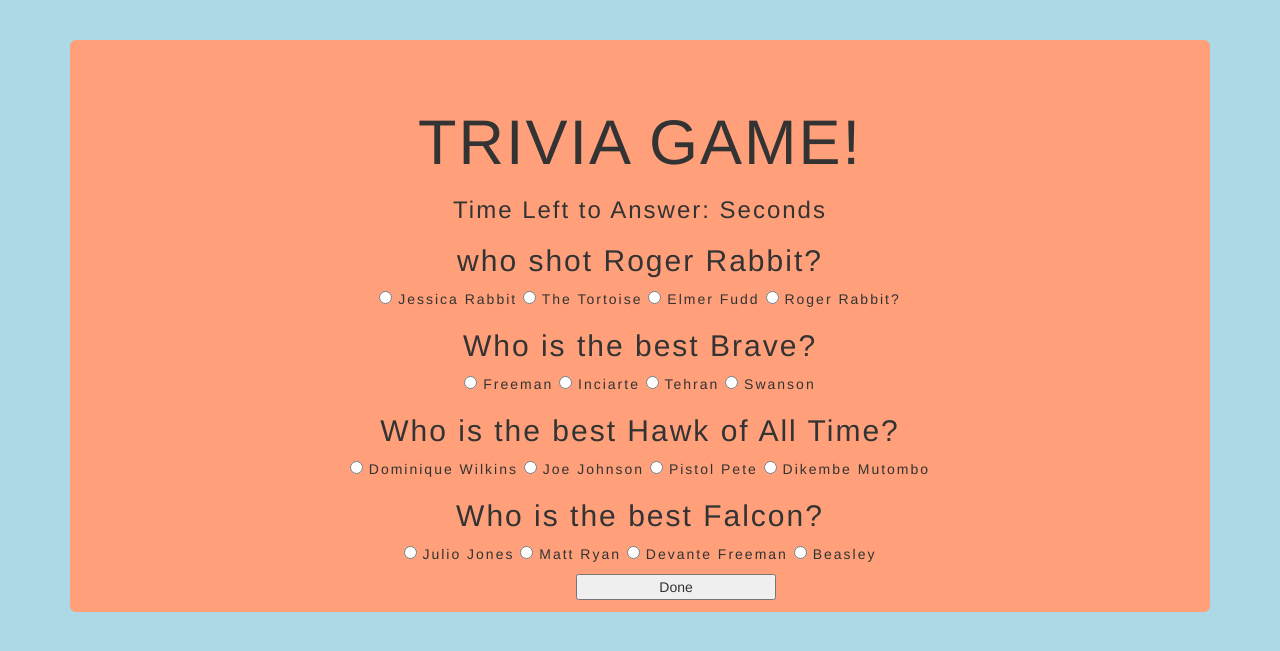
Repository: phiniezyc/TriviaGame
Page: index.html
An editor plug-in stored every save of this project. The page is shown before and after the next save, followed by the edit.
The browser window is 1280 px wide. The pictures show the whole page.
After loading, the first visible `#startGameButton` was clicked once.
Some web libraries are served in a nearby version.

Above is the page before, as saved 2017-09-14 01:50:14.
Console error: TypeError: "#timeLeft".html is not a function

### index.html
<!DOCTYPE html>
<html lang="">
<head>
    <meta charset="utf-8">
    <meta name="viewport" content="width=device-width, initial-scale=1.0">
    <title>Quiz Game</title>
    <link rel="stylesheet" href="https://maxcdn.bootstrapcdn.com/bootstrap/3.3.7/css/bootstrap.min.css">
    <link rel="stylesheet" href="assets/css/style.css">
</head>

<body>

<div class="container">
<div class="row">

</div>
</div>
<div class="container">
    <div class="jumbotron">
        <div>
            <h1 id="gameHeading">TRIVIA GAME!</h1>
        </div>
        <div id="questionSection">
            <button id="startGameButton">Start Game</button>
        </div>
    </div>
</div>



<script src="https://ajax.googleapis.com/ajax/libs/jquery/3.2.1/jquery.min.js"></script>
<script src="assets/javascript/app.js"></script>
</body>
</html>

### assets/css/style.css
body {
    background-color: lightblue;
}



button {
    /*margin-left: 45%;*/
    /*text-align: center;*/
    width: 200px;
    position: absolute;
    left: 45%;
}


.jumbotron {
    background-color: lightsalmon;
    margin-top: 40px;
    text-align: center;
    letter-spacing: 2px;
}

#gameHeading {
    text-align: center;
}


#doneButton {
    margin-top: 10px;
}

/*
.!*answerSections {

    height: 100px;
    border-style: solid;
    border-width: 5px;
    text-align: center;
    font-size: 35px;
    width: 75%;
    margin: 0 auto;
    padding-top: 15px;
} *!*/

### assets/javascript/app.js

$("#startGameButton").on("click", function () {
    trivaScoring.startTimer();
    /* $("#startGameButton").remove();
    for (var i = 0; i < questions.length; i++) {
        $("#questionSection").append("<h2>" + questions[i].question + "</h2>");
        for (var j = 0; j < questions[i].answers.length; j++) {
            $("#questionSection").append("<input type = 'radio' name= 'questionsToAsk" + i + " 'value' " + questions[i].answers[j] + "'>" + questions[i].answers[j])
        }
    }
    $("#questionSection").after("<button value = 'hello' id = 'doneButton'> Done"); */
});

var questions = [{
    question: " who shot Roger Rabbit? ",
    answers: [" Jessica Rabbit ", " The Tortoise ", " Elmer Fudd ", " Roger Rabbit? "],
    correctAnswer: " Jessica Rabbit "
}, {
    question: " Who is the best Brave? ",
    answers: [" Freeman ", " Inciarte ", " Tehran ", " Swanson "],
    correctAnswer: "Freeman"
}, {
    question: " Who is the best Hawk of All Time? ",
    answers: [" Dominique Wilkins ", " Joe Johnson ", " Pistol Pete ", " Dikembe Mutombo "],
    correctAnswer: " Dominique Wilkins "
}, {
    question: " Who is the best Falcon? ",
    answers: [" Julio Jones ", " Matt Ryan ", " Devante Freeman ", " Beasley "],
    correctAnswer: " Julio Jones "
}];


var trivaScoring = {
    correct: 0,
    incorrect: 0,
    counter: 60,
    timeLeft: function() {
        trivaScoring.counter--;
        ("#timeLeft").html(trivaScoring.counter);
        if (trivaScoring.counter === 0) {
            console.log("You're done!");
            trivaScoring.over();
        }
    },
    startTimer: function() {
        timer = setInterval(trivaScoring.timeLeft, 1000);
        $("#questionSection").prepend("<h3>Time Left to Answer: <span id = 'timeLeft'>  </span> Seconds </h3>");
        $("#startGameButton").remove();
        for (var i = 0; i < questions.length; i++) {
            $("#questionSection").append("<h2>" + questions[i].question + "</h2>");
            for (var j = 0; j < questions[i].answers.length; j++) {
                $("#questionSection").append("<input type = 'radio' name= 'questionsToAsk" + i + " 'value' " + questions[i].answers[j] + "'>" + questions[i].answers[j])
            }
        }
        $("#questionSection").after("<button value = 'hello' id = 'doneButton'> Done");
    }


}

After the next save:
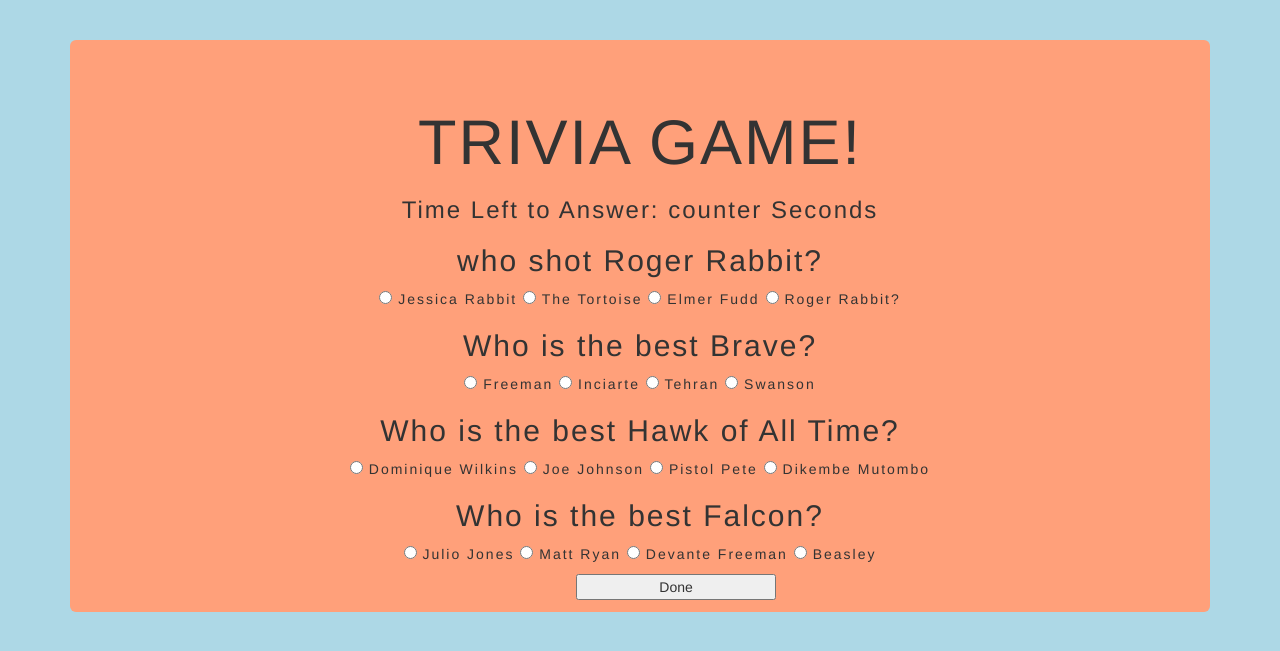
Saved 4 s later.
--- a/assets/javascript/app.js
+++ b/assets/javascript/app.js
@@ -44,7 +44,7 @@
     },
     startTimer: function() {
         timer = setInterval(trivaScoring.timeLeft, 1000);
-        $("#questionSection").prepend("<h3>Time Left to Answer: <span id = 'timeLeft'>  </span> Seconds </h3>");
+        $("#questionSection").prepend("<h3>Time Left to Answer: <span id = 'timeLeft'> counter </span> Seconds </h3>");
         $("#startGameButton").remove();
         for (var i = 0; i < questions.length; i++) {
             $("#questionSection").append("<h2>" + questions[i].question + "</h2>");
